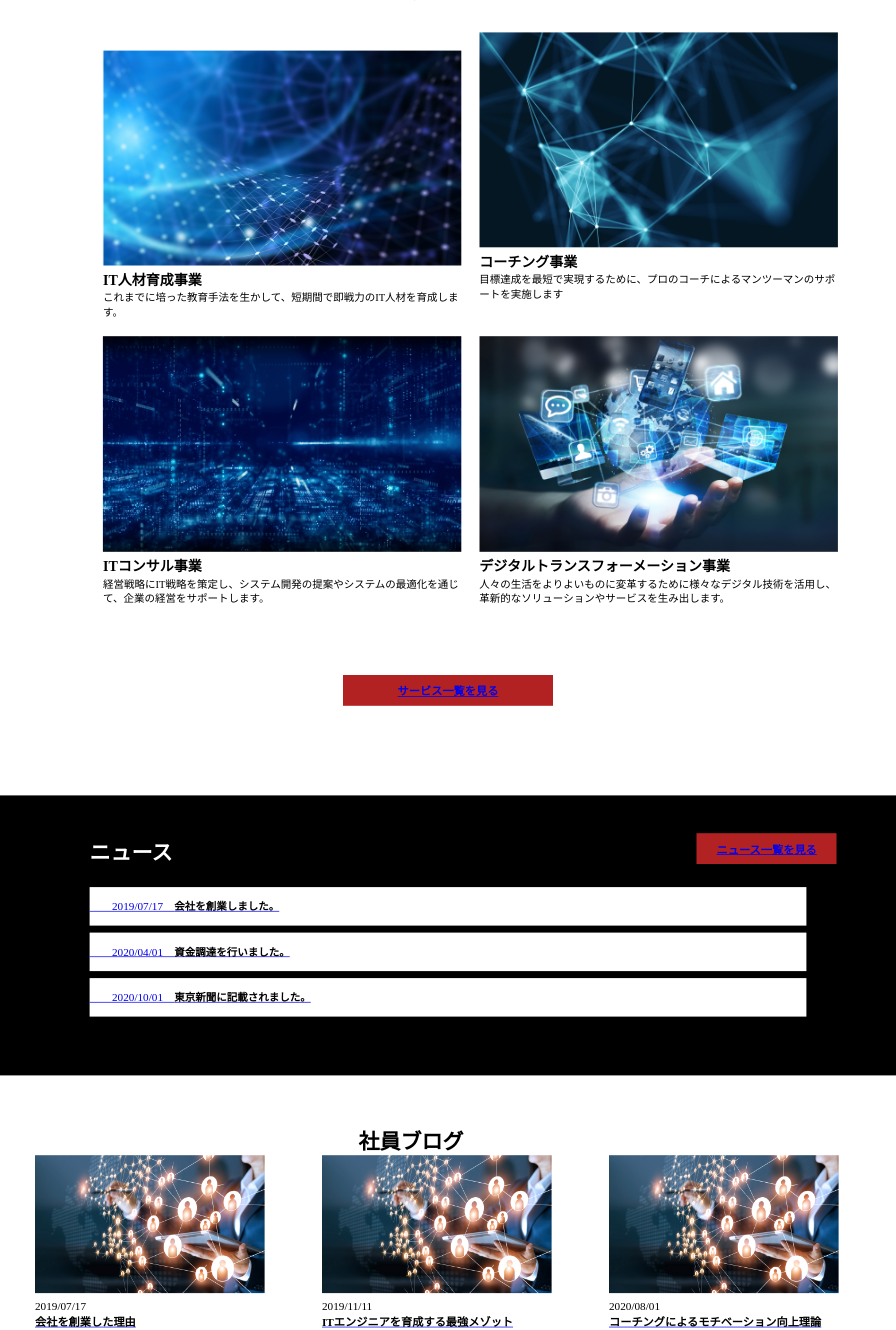
Repository: sigemasaasuka/20211012sigemasa
Page: index.html
These files come from the project's save history. The page is drawn as it stood at one moment and after a run of saves; the edit follows.
The browser window is 1280 px wide. The pictures show the part of the page from y = 875 to 2795 px (the page is 2775 px tall before and 2795 px after), at 70% of full size.

Above is the page before, as saved 2021-10-20 16:43:25.

After the next 3 saves:
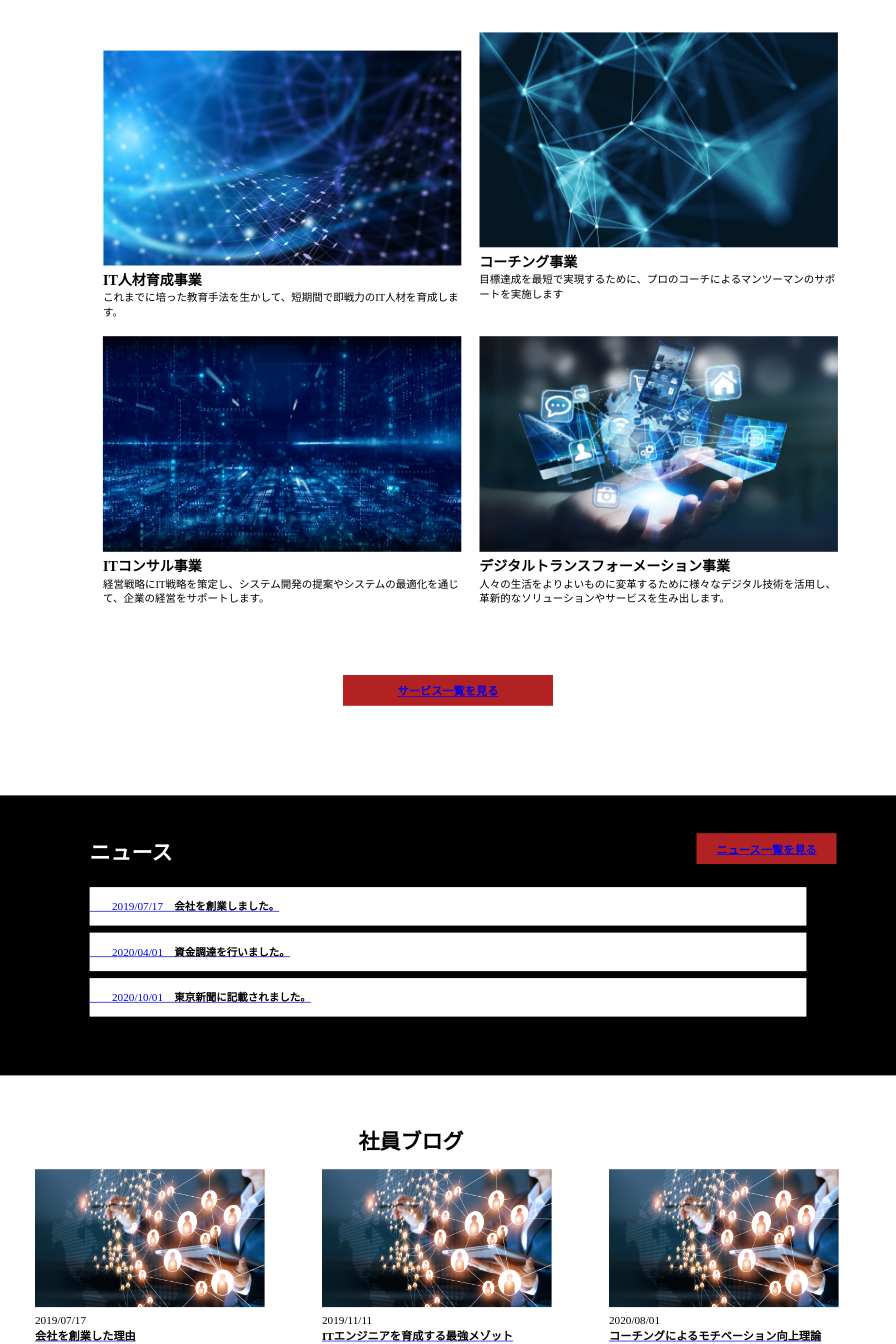
The 3 saves are shown as one change because they came seconds apart.
The last was saved 41 s later.
--- a/css/index.css
+++ b/css/index.css
@@ -271,6 +271,7 @@
   font-weight: bolder;
 }
 .blog-column {
+  margin-top: 20px;
   margin-left: 50px;
   display: flex;
   justify-content: center;
